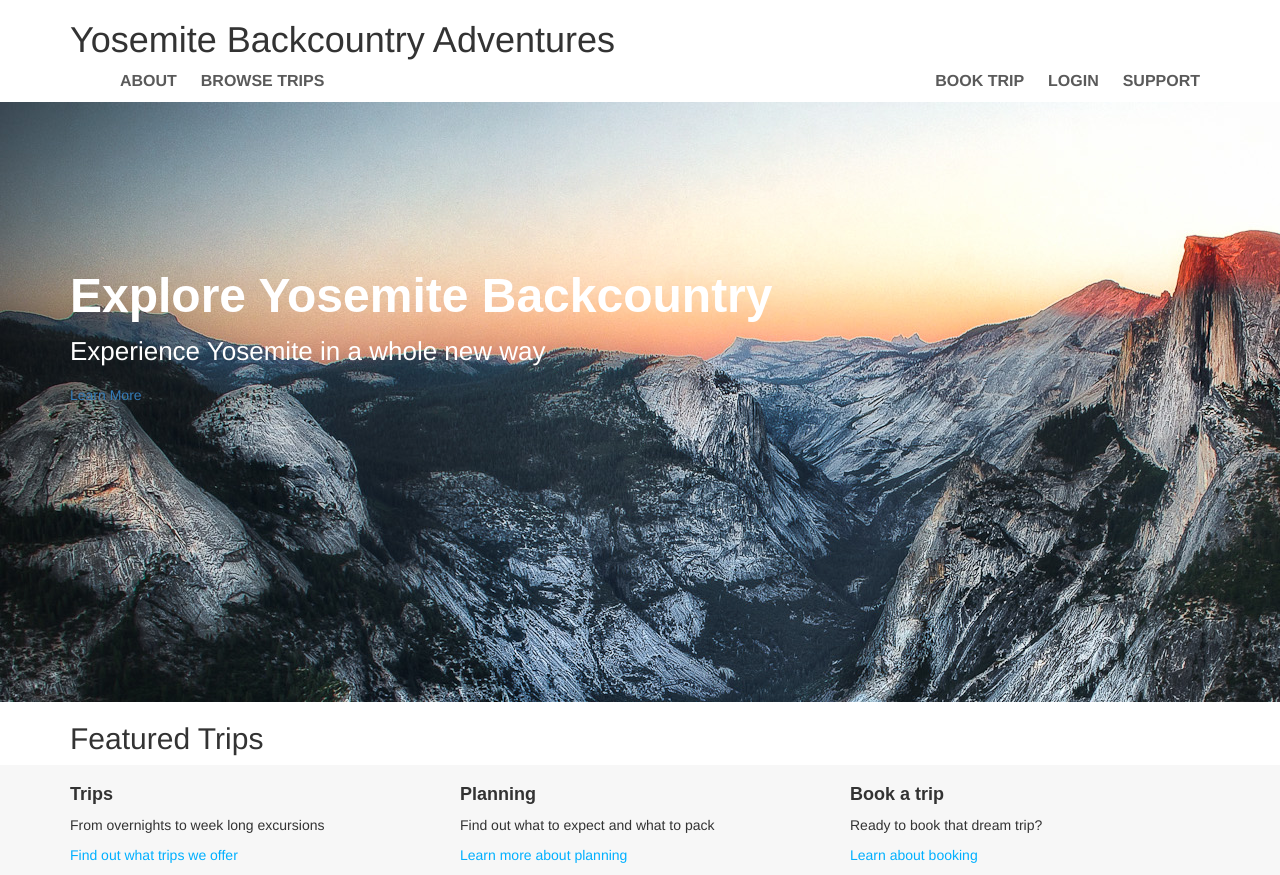
Repository: nageek17/eadventures
Page: http://localhost/home.php
The author's editor kept a record of every edit. The page is drawn from the files as they stood at one moment, then again after the next edit.
The browser window is 1280 px wide. The pictures show the whole page.
Some web libraries are served in a nearby version. The page is run by PHP 8.4 with error messages shown; the project is at /var/www/html/. Queries for data that is not in the repository find no rows.

Above is the page before.
Console error (its wording comes from the project's code and is left out).

### home.php
    <?php
    include ('header.php');


    $con=mysqli_connect("kdoung17-eadventures-885147","kdoung17","","eadventures");

    // Check connection
    if (mysqli_connect_errno()) {
        echo "Failed to connect to MySQL: " . mysqli_connect_error();
    }

    ?>

  <div class='home'>
    <div class="jumbotron">
      <div class="container">
        <h1>Explore Yosemite Backcountry</h1>
        <p>Experience Yosemite in a whole new way</p>
        <a href="#">Learn More</a>
      </div>
    </div>

    <div class="neighborhood-guides">
        <div class="container">
            <h2>Featured Trips</h2>
            <div class='row'>

            <?php
            $result = mysqli_query($con,"SELECT * FROM trips;");
            while($row = mysqli_fetch_array($result)) {
            ?>
	            <div class='col-md-4'>
	                <div class="thumbnail">
                        <img src=<?php echo $row["image"]; ?> >
                        <div class="caption">
                        <h3><?php echo $row["trip_name"]; ?></h3>
                         <p><?php echo $row["description"]; ?></p>
                        <p><a href="#" class="btn btn-primary" role="button">Book now!</a></p>
                      </div>
                    </div>
	            </div>

	        <?php }
	        mysqli_close($con);
            ?>

	        </div>
        </div>
    </div>

<?php
    include ('footer.php');
?>

### header.php
<!DOCTYPE html>
<html>
  <head>


    <link rel="stylesheet" href="//netdna.bootstrapcdn.com/bootstrap/3.1.1/css/bootstrap.min.css">
    <link rel="stylesheet" href="//netdna.bootstrapcdn.com/bootstrap/3.1.1/css/bootstrap-theme.min.css">

    <link rel="stylesheet" href="css/main.css">

    <title>eAdventures</title>

  </head>

<body>
    <div class="nav">
      <div class="container">
        <h1 class='heading'>Yosemite Backcountry Adventures</h1>
        <ul class="pull-left" class="active">
          <li><a href="home.php">about</a></li>
          <li><a href="products.php">Browse Trips</a></li>
        </ul>
        <ul class="pull-right">
          <li><a href="booking.html">Book trip</a></li>
          <li><a href="login.html">Login</a></li>
          <li><a href="support.html">Support</a></li>
        </ul>
      </div>
    </div>

### footer.php


<div class="learn-more">
	  <div class="container">
		<div class='row'>
	      <div class='col-md-4'>
			<h3>Trips</h3>
			<p>From overnights to week long excursions</p>
			<p><a href="products.php">Find out what trips we offer</a></p>
	      </div>
		  <div class='col-md-4'>
			<h3>Planning</h3>
			<p>Find out what to expect and what to pack</p>
			<p><a href="faq.php">Learn more about planning</a></p>
		  </div>
		  <div class='col-md-4'>
			<h3>Book a trip</h3>
			<p>Ready to book that dream trip?</p>
			<p><a href="booking.php">Learn about booking</a></p>
		  </div>
	    </div>
	  </div>
	</div>
</div>


<script type="text/javascript" src="jcart/js/jquery-1.4.4.min.js"></script>
<script type="text/javascript" src="jcart/js/jcart.min.js"></script>
<script src="https://maxcdn.bootstrapcdn.com/bootstrap/3.2.0/js/bootstrap.min.js"></script>

</body>
</html>

### jcart/config-loader.php
<?php

// jCart v1.3
// http://conceptlogic.com/jcart/

// By default, this file returns the $config array for use with PHP scripts
// If requested via Ajax, the array is encoded as JSON and echoed out to the browser

// Don't edit here, edit config.php
include_once('config.php');

// Use default values for any settings that have been left empty
if (!$config['currencyCode']) $config['currencyCode']                     = 'USD';
if (!$config['text']['cartTitle']) $config['text']['cartTitle']           = 'Shopping Cart';
if (!$config['text']['singleItem']) $config['text']['singleItem']         = 'Item';
if (!$config['text']['multipleItems']) $config['text']['multipleItems']   = 'Items';
if (!$config['text']['subtotal']) $config['text']['subtotal']             = 'Subtotal';
if (!$config['text']['update']) $config['text']['update']                 = 'update';
if (!$config['text']['checkout']) $config['text']['checkout']             = 'checkout';
if (!$config['text']['checkoutPaypal']) $config['text']['checkoutPaypal'] = 'Checkout with PayPal';
if (!$config['text']['removeLink']) $config['text']['removeLink']         = 'remove';
if (!$config['text']['emptyButton']) $config['text']['emptyButton']       = 'empty';
if (!$config['text']['emptyMessage']) $config['text']['emptyMessage']     = 'Your cart is empty!';
if (!$config['text']['itemAdded']) $config['text']['itemAdded']           = 'Item added!';
if (!$config['text']['priceError']) $config['text']['priceError']         = 'Invalid price format!';
if (!$config['text']['quantityError']) $config['text']['quantityError']   = 'Item quantities must be whole numbers!';
if (!$config['text']['checkoutError']) $config['text']['checkoutError']   = 'Your order could not be processed!';

if ($_GET['ajax'] == 'true') {
	header('Content-type: application/json; charset=utf-8');
	echo json_encode($config);
}
?>

### jcart/config.php
<?php

// jCart v1.3
// http://conceptlogic.com/jcart/

// Do NOT store any sensitive info in this file!!!
// It's loaded into the browser as plain text via Ajax


////////////////////////////////////////////////////////////////////////////////
// REQUIRED SETTINGS

// Path to your jcart files
$config['jcartPath']              = 'jcart/';

// Path to your checkout page
$config['checkoutPath']           = 'checkout.php';

// The HTML name attributes used in your item forms
$config['item']['id']             = 'my-item-id';    // Item id
$config['item']['name']           = 'my-item-name';    // Item name
$config['item']['price']          = 'my-item-price';    // Item price
$config['item']['qty']            = 'my-item-qty';    // Item quantity
$config['item']['url']            = 'my-item-url';    // Item URL (optional)
$config['item']['add']            = 'my-add-button';    // Add to cart button

// Your PayPal secure merchant ID
// Found here: https://www.paypal.com/webapps/customerprofile/summary.view
$config['paypal']['id']           = 'seller_1282188508_biz@conceptlogic.com';

////////////////////////////////////////////////////////////////////////////////
// OPTIONAL SETTINGS

// Three-letter currency code, defaults to USD if empty
// See available options here: http://j.mp/agNsTx
$config['currencyCode']           = '';

// Add a unique token to form posts to prevent CSRF exploits
// Learn more: http://conceptlogic.com/jcart/security.php
$config['csrfToken']              = false;

// Override default cart text
$config['text']['cartTitle']      = '';    // Shopping Cart
$config['text']['singleItem']     = '';    // Item
$config['text']['multipleItems']  = '';    // Items
$config['text']['subtotal']       = '';    // Subtotal
$config['text']['update']         = '';    // update
$config['text']['checkout']       = '';    // checkout
$config['text']['checkoutPaypal'] = '';    // Checkout with PayPal
$config['text']['removeLink']     = '';    // remove
$config['text']['emptyButton']    = '';    // empty
$config['text']['emptyMessage']   = '';    // Your cart is empty!
$config['text']['itemAdded']      = '';    // Item added!
$config['text']['priceError']     = '';    // Invalid price format!
$config['text']['quantityError']  = '';    // Item quantities must be whole numbers!
$config['text']['checkoutError']  = '';    // Your order could not be processed!

// Override the default buttons by entering paths to your button images
$config['button']['checkout']     = '';
$config['button']['paypal']       = '';
$config['button']['update']       = '';
$config['button']['empty']        = '';


////////////////////////////////////////////////////////////////////////////////
// ADVANCED SETTINGS

// Display tooltip after the visitor adds an item to their cart?
$config['tooltip']                = true;

// Allow decimals in item quantities?
$config['decimalQtys']            = false;

// How many decimal places are allowed?
$config['decimalPlaces']          = 1;

// Number format for prices, see: http://php.net/manual/en/function.number-format.php
$config['priceFormat']            = array('decimals' => 2, 'dec_point' => '.', 'thousands_sep' => ',');

// Send visitor to PayPal via HTTPS?
$config['paypal']['https']        = true;

// Use PayPal sandbox?
$config['paypal']['sandbox']      = false;

// The URL a visitor is returned to after completing their PayPal transaction
$config['paypal']['returnUrl']    = '';

// The URL of your PayPal IPN script
$config['paypal']['notifyUrl']    = '';

?>

### css/main.css
.home .heading {
  font-family: 'Shift', sans-serif;
  font-weight: bold;
}

.featured-trips {
    background-color: #efefef;
    border-top: 1px solid #dbdbdb;
    border-bottom: 1px solid #dbdbdb;

}

.featured-trips h2{
    color: #393c3d;
    font-size: 24px;
}

.featured-trips p {
    font-size: 15px;
    margin-bottom: 13px;
}

.featured-trips .thumbnail{
  height: 500px;
}

.nav a {
  color: #5a5a5a;
  font-size: 16px;
  font-weight: bold;
  padding: 14px 10px;
  text-transform: uppercase;
}

.nav li {
  display: inline;
}

.home .jumbotron {
  background-image:url(../img/yosemitecover.jpg);
  height: 600px;
  margin-bottom:0px;
}

.home .jumbotron .container {
  position: relative;
  top:100px;
}

.home .jumbotron h1 {
  color: #fff;
  font-size: 48px;
  font-family: 'Shift', sans-serif;
  font-weight: bold;
}

.home .jumbotron p {
  font-size: 26px;
  color: #fff;
}

.home .learn-more {
  background-color: #f7f7f7;
}

.learn-more h3 {
  font-family: 'Shift', sans-serif;
  font-size: 18px;
  font-weight: bold;
}

.learn-more a {
  color: #00b0ff;
}

.trips .jumbotron {
  background-color: #f7f7f7;

}

/*  products css page */
.trips .jumbotron p{
  font-size: 15px;

}

.trips .container{
        border-top-style: solid;
        border-top-color: #778899;

}

.trips .thumbnail {
  margin-top: 20px;
}

### jcart/js/jcart.min.js
// jCart v1.3
// http://conceptlogic.com/jcart/
$(function(){var a=(function(){var k="jcart",b=$("#jcart"),e=$("[name=jcartToken]").val(),i=$("#jcart-tooltip");var d=(function(){var l=null;$.ajax({url:k+"/config-loader.php",data:{ajax:"true"},dataType:"json",async:false,success:function(m){l=m},error:function(){alert("Ajax error: Edit the path in jcart.js to fix.")}});return l}());var f=(function(){if(d.tooltip===true){i.text(d.text.itemAdded);$(".jcart [type=submit]").mouseenter(function(m){var l=m.pageY+25,n=m.pageX+-10;$("body").append(i);i.css({top:n+"px",left:l+"px"})}).mousemove(function(m){var n=m.pageY+25,l=m.pageX+-10;i.css({top:n+"px",left:l+"px"})}).mouseleave(function(){i.hide()})}$("#jcart-buttons").remove();$.ajaxSetup({type:"POST",url:k+"/relay.php",success:function(l){b.html(l);$("#jcart-buttons").remove()},error:function(n,p){var o=n.status,l="Ajax error: ";if(o===0){l+="Check your network connection."}if(o===404||o===500){l+=o}if(p==="parsererror"||p==="timeout"){l+=p}alert(l)}})}());var c=$("#jcart-is-checkout").val();function j(n){var m=n.find("[name="+d.item.qty+"]"),l=n.find("[name="+d.item.add+"]");$.ajax({data:n.serialize()+"&"+d.item.add+"="+l.val(),success:function(o){if(m.val()>0&&i.css("display")==="none"){i.fadeIn("100").delay("400").fadeOut("100")}b.html(o);$("#jcart-buttons").remove()}})}function g(l){var o=l.parent().find('[name="jcartItemId[]"]').val();var n=l.val();if(n){var m=window.setTimeout(function(){$.ajax({data:{jcartUpdate:1,itemId:o,itemQty:n,jcartIsCheckout:c,jcartToken:e}})},1000)}l.keydown(function(p){if(p.which!==9){window.clearTimeout(m)}})}function h(m){var n=m.attr("href");n=n.split("=");var l=n[1];$.ajax({type:"GET",data:{jcartRemove:l,jcartIsCheckout:c}})}$(".jcart").submit(function(l){j($(this));l.preventDefault()});b.keydown(function(l){if(l.which===13){l.preventDefault()}});b.delegate('[name="jcartItemQty[]"]',"keyup",function(){g($(this))});b.delegate(".jcart-remove","click",function(l){h($(this));l.preventDefault()})}())});

Loaded but not shown: jcart/js/jquery-1.4.4.min.js (library)

After the next edit:
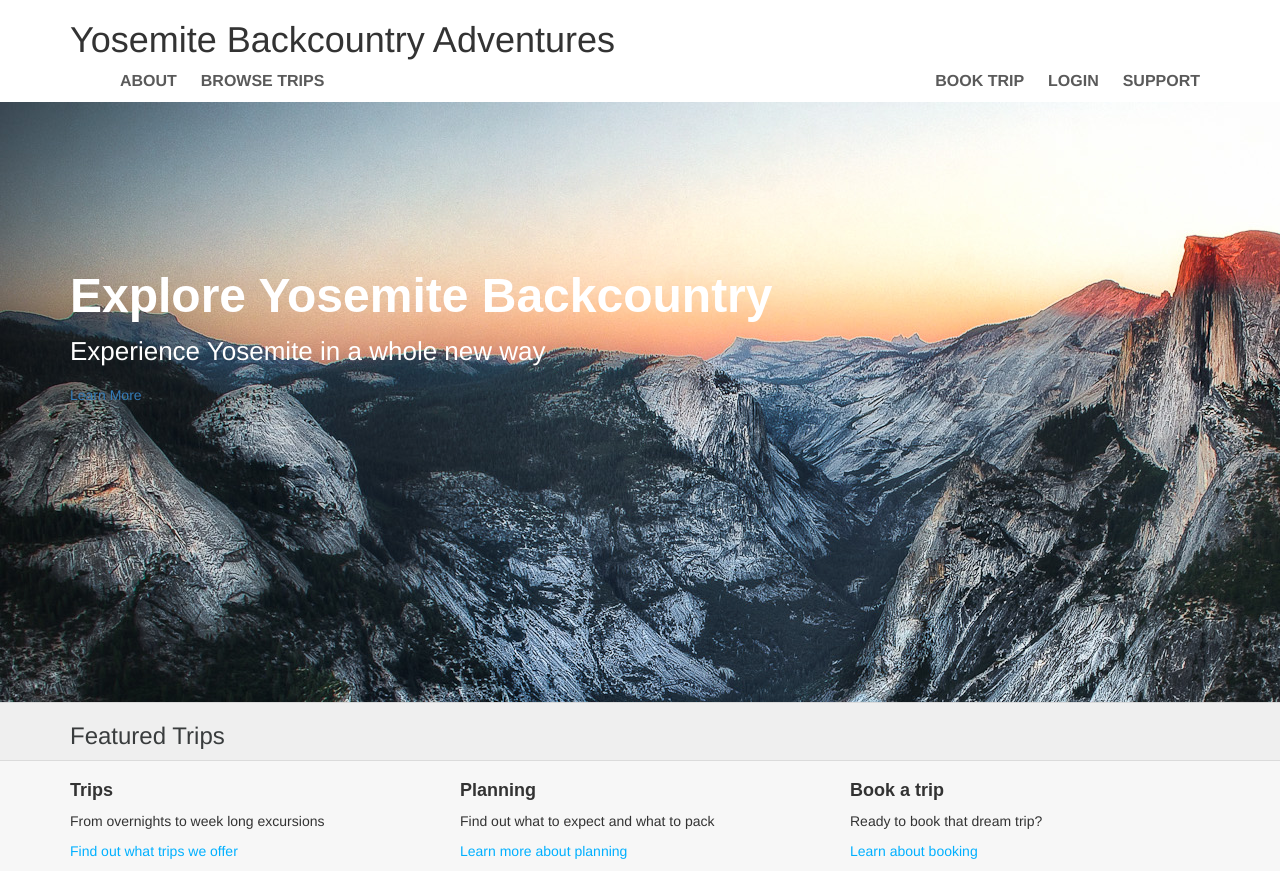
The edit:
--- a/home.php
+++ b/home.php
@@ -20,7 +20,7 @@
       </div>
     </div>
 
-    <div class="neighborhood-guides">
+    <div class="featured-trips">
         <div class="container">
             <h2>Featured Trips</h2>
             <div class='row'>
